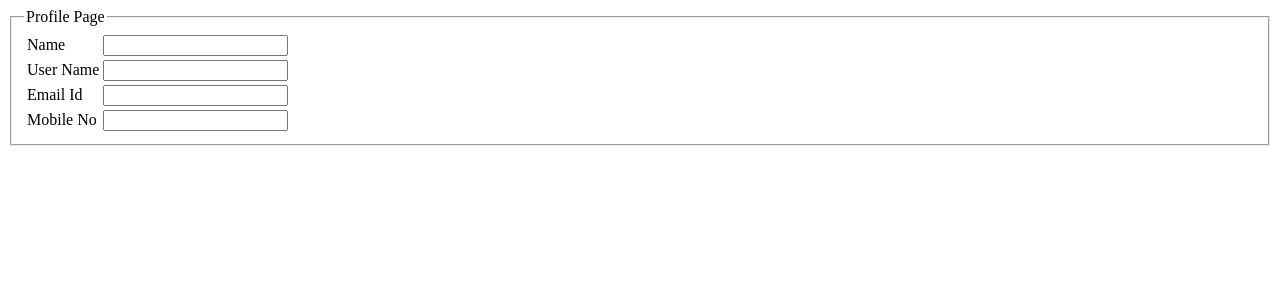
Repository: nosranijuned/WebRegister
Page: WebRegister/WebContent/view/ProfilePage.html
These files come from the project's save history. The page is drawn as it stood at one moment and after the next save; the edit follows.
The browser window is 1280 px wide. The pictures show the whole page.

Above is the page before, as saved 2019-03-12 06:39:58.

### WebRegister/WebContent/view/ProfilePage.html
<!DOCTYPE html>
<html>
<head>
<meta charset="ISO-8859-1">
<title>Insert title here</title>
</head>
<body>
<form action="" method="post">
	<fieldset>
  		<legend>Profile Page</legend>
		<table>
			<tr><td>Name</td><td><input type="text" name="name"></td></tr>
			<tr><td>User Name</td><td><input type="text" name="uname"></td></tr>
			<tr><td>Email Id</td><td><input type="email" name="email"></td></tr>
			<tr><td>Mobile No</td><td><input type="text" name="mobile"></td></tr>
		</table>
	</fieldset>
</form>
</body>
</html>

After the next save:
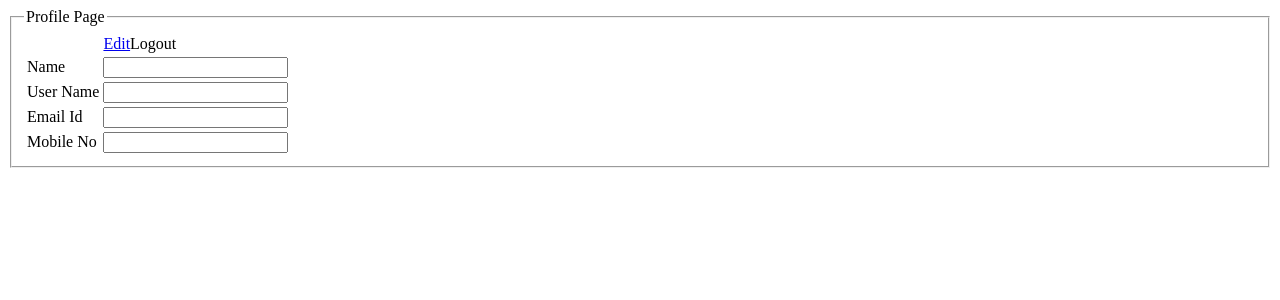
Saved 3 min 57 s later.
--- a/WebRegister/WebContent/view/ProfilePage.html
+++ b/WebRegister/WebContent/view/ProfilePage.html
@@ -9,6 +9,7 @@
 	<fieldset>
   		<legend>Profile Page</legend>
 		<table>
+			<tr><td></td><td><a href="EditProfile.html">Edit</a><a>Logout</a></td></tr>
 			<tr><td>Name</td><td><input type="text" name="name"></td></tr>
 			<tr><td>User Name</td><td><input type="text" name="uname"></td></tr>
 			<tr><td>Email Id</td><td><input type="email" name="email"></td></tr>
